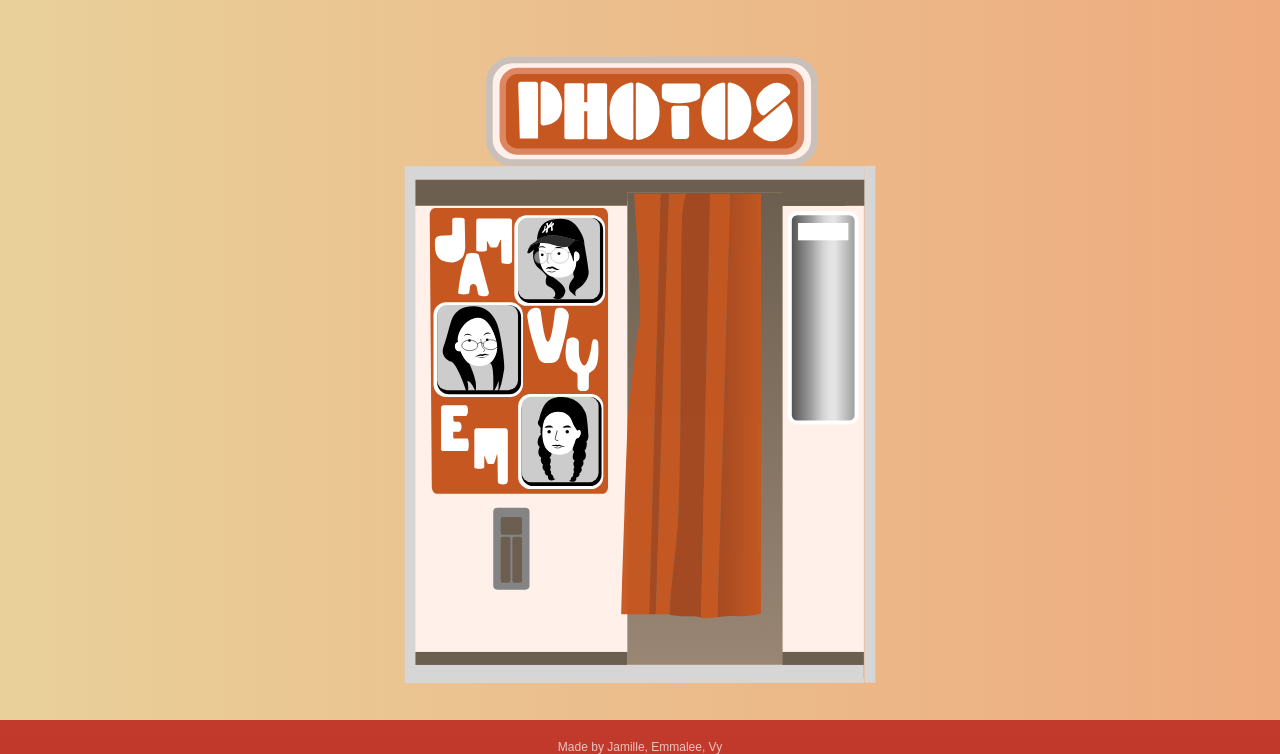
Repository: Strawb3rryjam/QuickSnip
Page: index.html
An editor plug-in stored every save of this project. The page is shown before and after the next save, followed by the edit.
The browser window is 1280 px wide. The pictures show the whole page.

Above is the page before, as saved 2025-05-08 14:39:35.

After the next save:
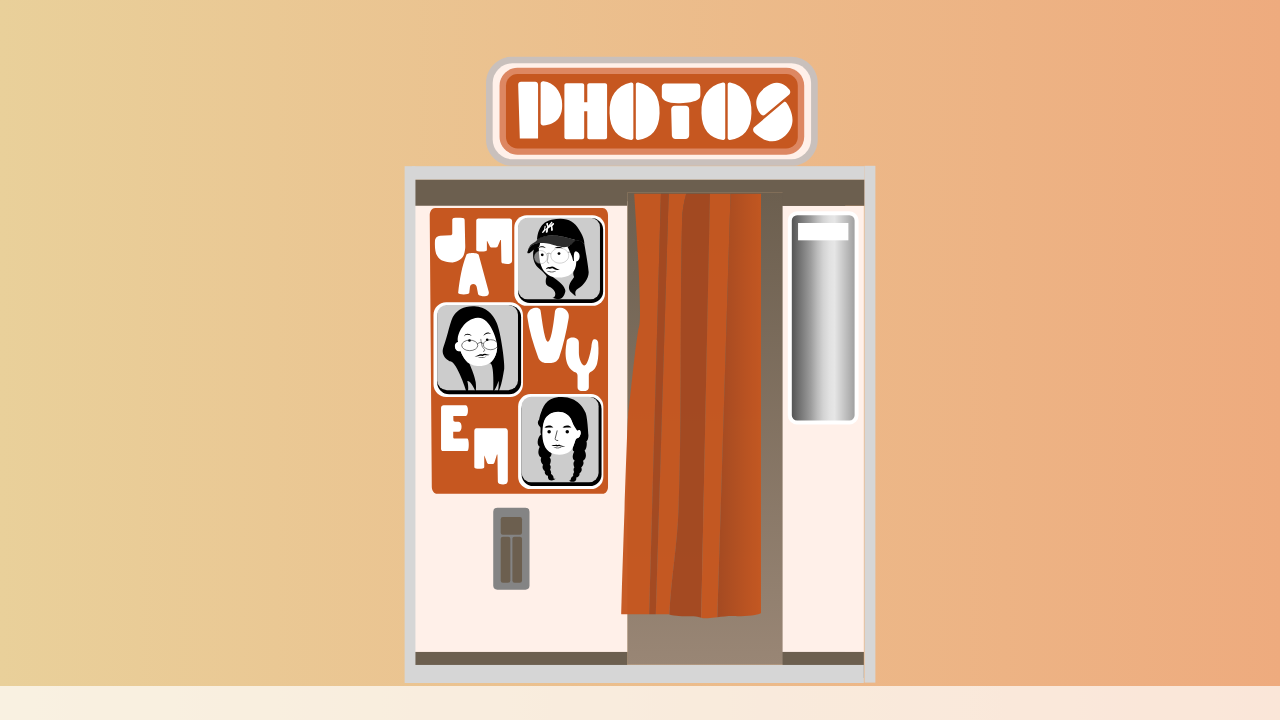
Saved 63 s later.
--- a/styles.css
+++ b/styles.css
@@ -288,10 +288,18 @@ button:disabled {
 }
 
 #copyright {
-  margin-top: 20px;
+  position: fixed;
+  bottom: 0;
+  left: 0;
+  width: 100%;
+  margin-top: 0; /* Remove margin-top */
   font-size: 12px;
   opacity: 0.7;
-}
+  text-align: center; /* Center the text */
+  background-color: #fff; /* Optional: Add background color to make it stand out */
+  padding: 10px 0; /* Optional: Adjust padding for spacing */
+}
+
 
 /* Transition Animation */
 .app-interior,
